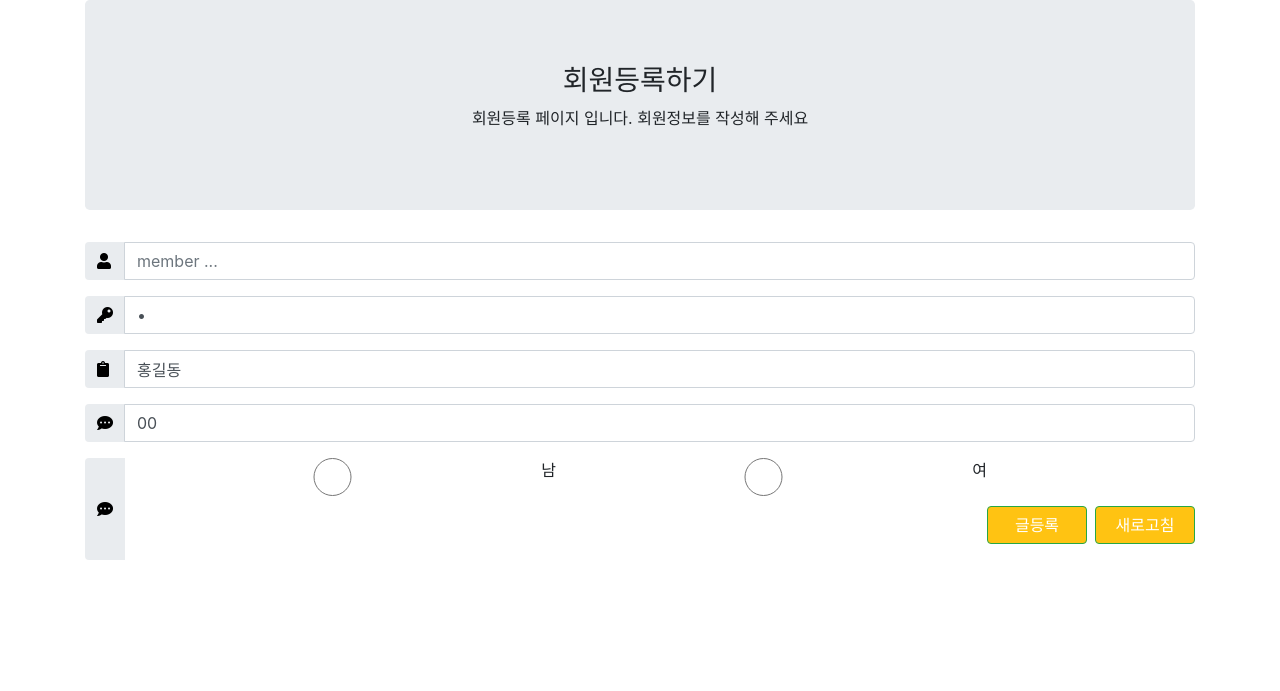
Repository: NoChanJong/JSP
Page: http://localhost/jsp09_board/member/member_write.jsp
These files come from the project's save history. The page is drawn as it stood at one moment and after the next save; the edit follows.
The browser window is 1280 px wide. The pictures show the whole page.
The page is served by Tomcat 9.

Above is the page before, as saved 2023-05-23 09:35:32.
Console error (its wording comes from the project's code and is left out).

After the next save:
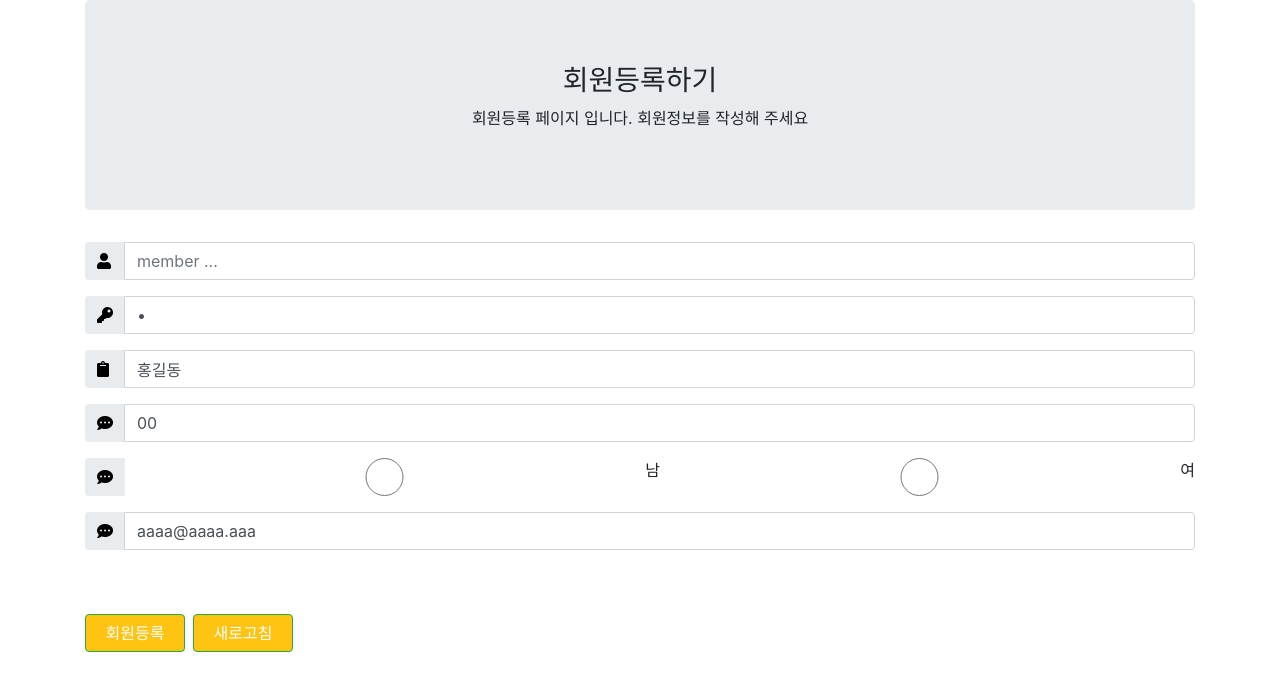
Saved 93 s later.
--- a/jsp09_board/WebContent/member/member_write.jsp
+++ b/jsp09_board/WebContent/member/member_write.jsp
@@ -53,15 +53,20 @@
 				<div class="input-group-prepend"><span class="input-group-text"><i class="fas fa-comment-dots"></i></span></div>
 				<input type="text" class="form-control" name="age" id="age" value="00" required placeholder="age ...">
 			</div>
-
 			<div class="form-group input-group">
 				<div class="input-group-prepend"><span class="input-group-text"><i class="fas fa-comment-dots"></i></span></div>
 				<input type="radio" class="form-control" name="gender" id="gender" value="M" required placeholder="age ...">남
 				<input type="radio" class="form-control" name="gender" id="gender" value="F" required placeholder="age ...">여
+			</div>
 
+			<div class="form-group input-group">
+				<div class="form-group input-group">
+					<div class="input-group-prepend"><span class="input-group-text"><i class="fas fa-comment-dots"></i></span></div>
+					<input type="text" class="form-control" name="email" id="email" value="aaaa@aaaa.aaa" required placeholder="email ...">
+				</div>
 				<div class="form-group mt-md-5">
 					<input type="reset" class="btn btn-success float-right login-btn ml-sm-2" value="새로고침"/>
-					<input type="submit" class="btn btn-success float-right login-btn" value="글등록"/>
+					<input type="submit" class="btn btn-success float-right login-btn" value="회원등록"/>
 				</div>
 			</div>
 		</form>
